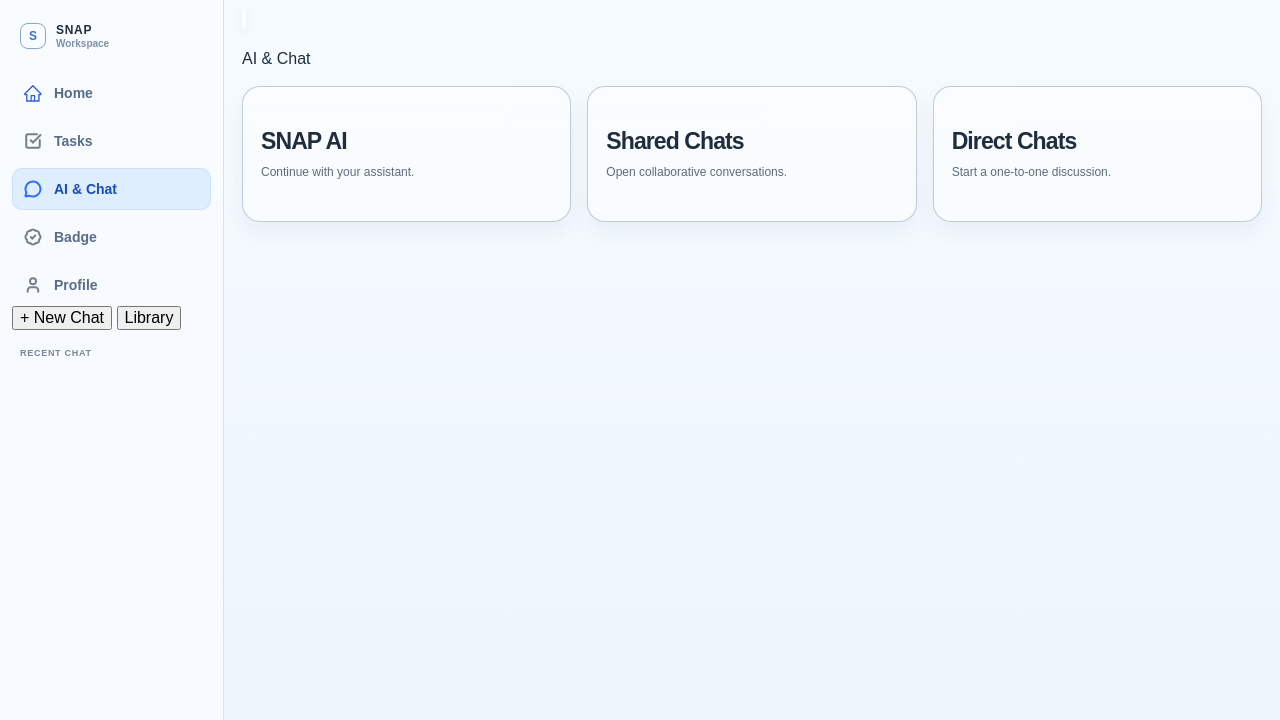
Repository: Lee-Productions-Inc/SNAP_productions
Page: pages/dashboard/ai and chat/ai_and_chat.html
The author's editor kept a copy of each file at every save. The page is drawn from the files as they stood at one save, then again after the next save.
The browser window is 1280 px wide. The pictures show the whole page.

Above is the page before, as saved 2026-09-24 15:12:32.

After the next save:
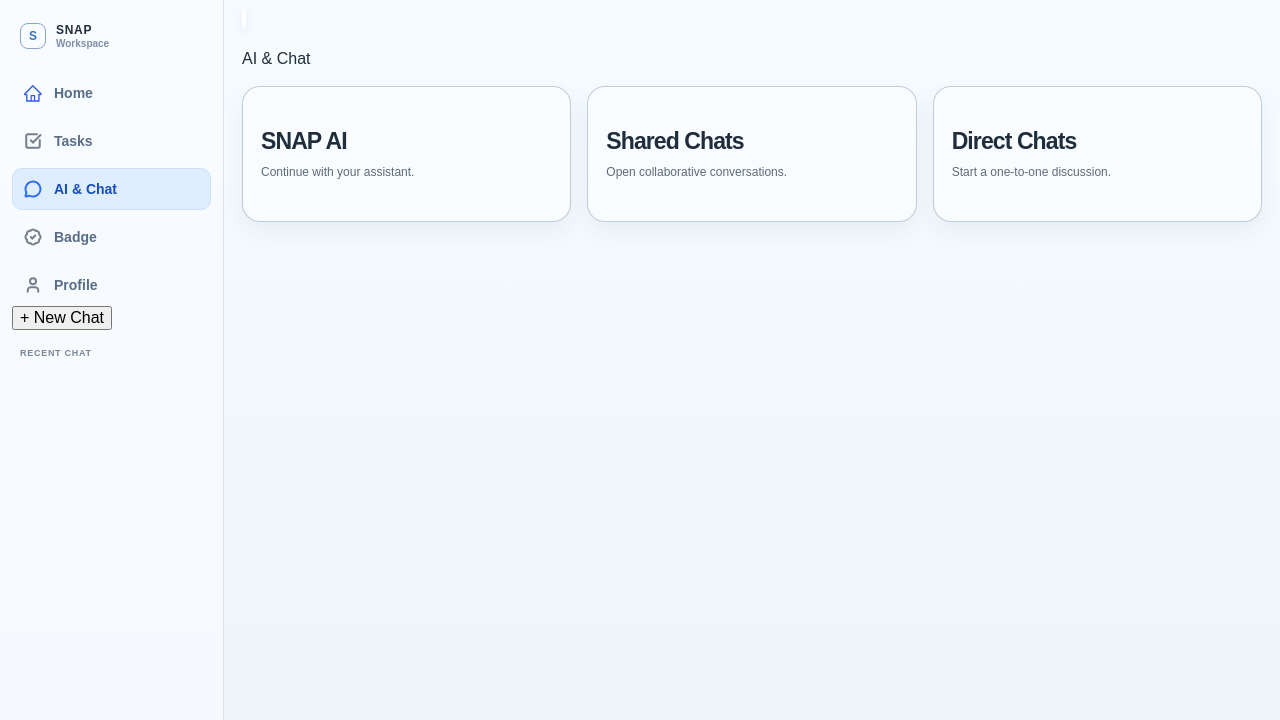
Saved 27 s later.
--- a/pages/dashboard/ai and chat/ai_and_chat.html
+++ b/pages/dashboard/ai and chat/ai_and_chat.html
@@ -44,7 +44,6 @@
 
                     <div class="chat-utils">
                         <button class="new-chat-button" type="button">+ New Chat</button>
-                        <button class="library-button" type="button">Library</button>
                     </div>
 
                     <div class="recent-notes" aria-label="Recent chat">
